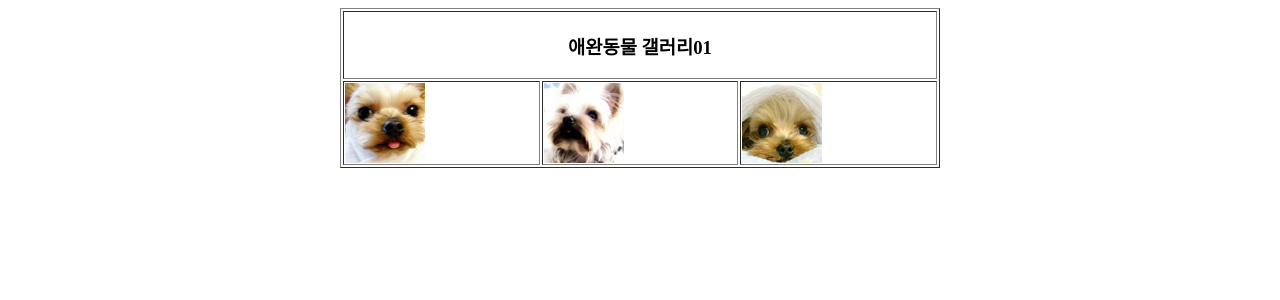
Repository: LTaeHoon/javajsp_ncs
Page: http://localhost/chap03_ActionTag/actionTag/example/gallery02.jsp
These files come from the project's save history. The page is drawn as it stood at one moment and after the next save; the edit follows.
The browser window is 1280 px wide. The pictures show the whole page.
The page is served by Tomcat 9.

Above is the page before, as saved 2017-01-17 02:10:26.

After the next save:
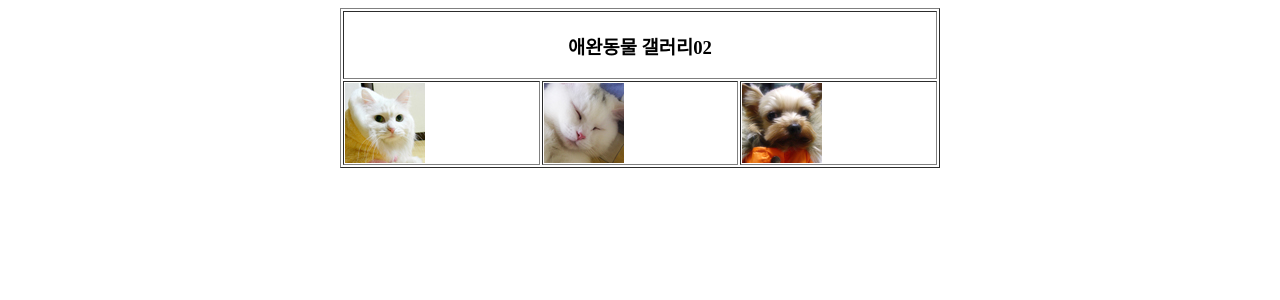
Saved 32 s later.
--- a/chap03_ActionTag/WebContent/actionTag/example/gallery02.jsp
+++ b/chap03_ActionTag/WebContent/actionTag/example/gallery02.jsp
@@ -12,13 +12,13 @@
 	<table width="600" border="1" align="center">
 		<tr>
 			<th colspan="3">
-				<h3>애완동물 갤러리01</h3>
+				<h3>애완동물 갤러리02</h3>
 			</th>
 		</tr>
 		<tr>
-			<td><img src="./images/im1.jpg"/></td>
-			<td><img src="./images/im2.jpg"/></td>
-			<td><img src="./images/im3.jpg"/></td>
+			<td><img src="./images/im4.jpg"/></td>
+			<td><img src="./images/im5.jpg"/></td>
+			<td><img src="./images/im6.jpg"/></td>
 		</tr>
 	</table>
 </body>
